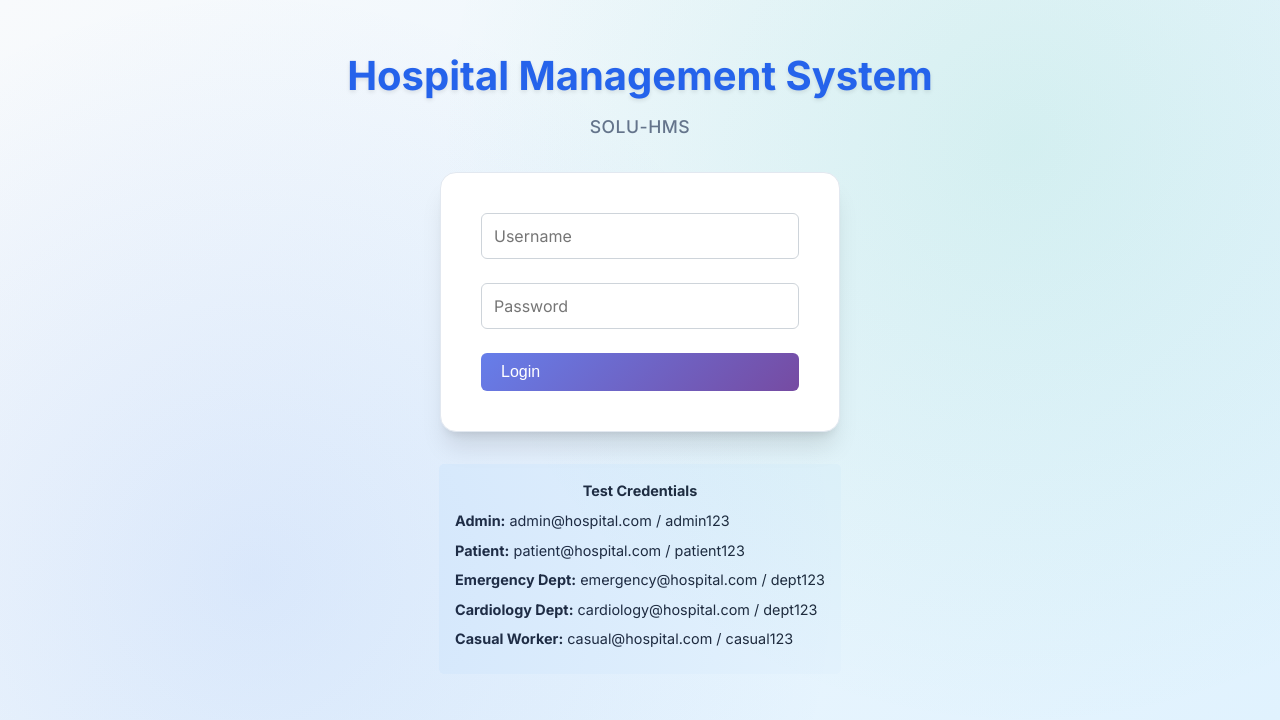
Repository: Ndegwa2/Kenyatta
Page: / (app in hospital-system/frontend/)
An editor plug-in stored every save of this project. The page is shown before and after the next save, followed by the edit.
The browser window is 1280 px wide. The pictures show the whole page.
The project was rebuilt for these pictures with package versions that can differ from the ones it lists, and the page was loaded fresh each time. Also part of the build but not shown: hospital-system/frontend/src/components/Navbar.jsx, hospital-system/frontend/src/components/Sidebar.jsx, hospital-system/frontend/src/services/api.js, hospital-system/frontend/src/components/PatientProfile.jsx, hospital-system/frontend/src/components/AppointmentScheduler.jsx, hospital-system/frontend/src/components/AppointmentList.jsx, hospital-system/frontend/src/components/Card.jsx, hospital-system/frontend/src/pages/PatientDashboard.css and 7 more.

Above is the page before, as saved 2025-10-21 20:44:42.

After the next save:
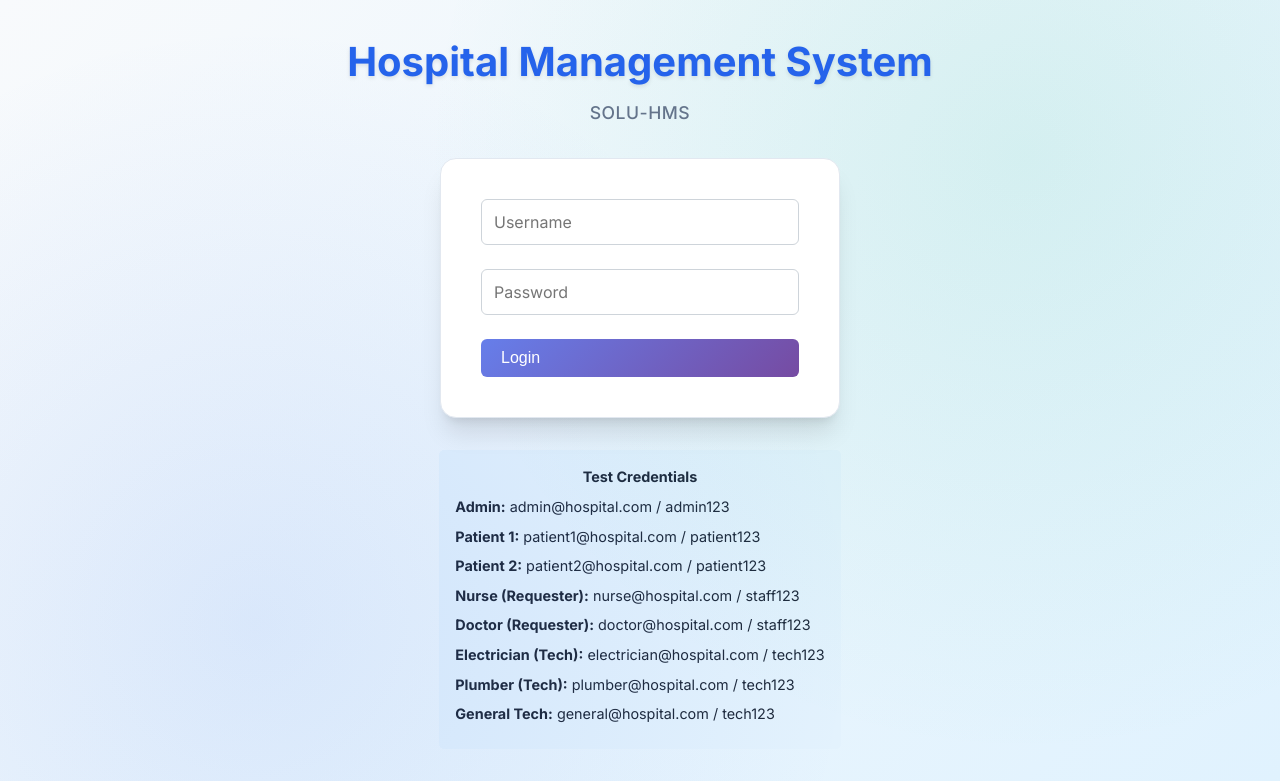
Saved 28 min 23 s later.
--- a/hospital-system/frontend/src/pages/Login.jsx
+++ b/hospital-system/frontend/src/pages/Login.jsx
@@ -41,10 +41,13 @@ const Login = () => {
   // Sample credentials for testing
   const sampleCredentials = [
     { role: 'Admin', username: 'admin@hospital.com', password: 'admin123' },
-    { role: 'Patient', username: 'patient@hospital.com', password: 'patient123' },
-    { role: 'Emergency Dept', username: 'emergency@hospital.com', password: 'dept123' },
-    { role: 'Cardiology Dept', username: 'cardiology@hospital.com', password: 'dept123' },
-    { role: 'Casual Worker', username: 'casual@hospital.com', password: 'casual123' }
+    { role: 'Patient 1', username: 'patient1@hospital.com', password: 'patient123' },
+    { role: 'Patient 2', username: 'patient2@hospital.com', password: 'patient123' },
+    { role: 'Nurse (Requester)', username: 'nurse@hospital.com', password: 'staff123' },
+    { role: 'Doctor (Requester)', username: 'doctor@hospital.com', password: 'staff123' },
+    { role: 'Electrician (Tech)', username: 'electrician@hospital.com', password: 'tech123' },
+    { role: 'Plumber (Tech)', username: 'plumber@hospital.com', password: 'tech123' },
+    { role: 'General Tech', username: 'general@hospital.com', password: 'tech123' }
   ];
 
   return (
